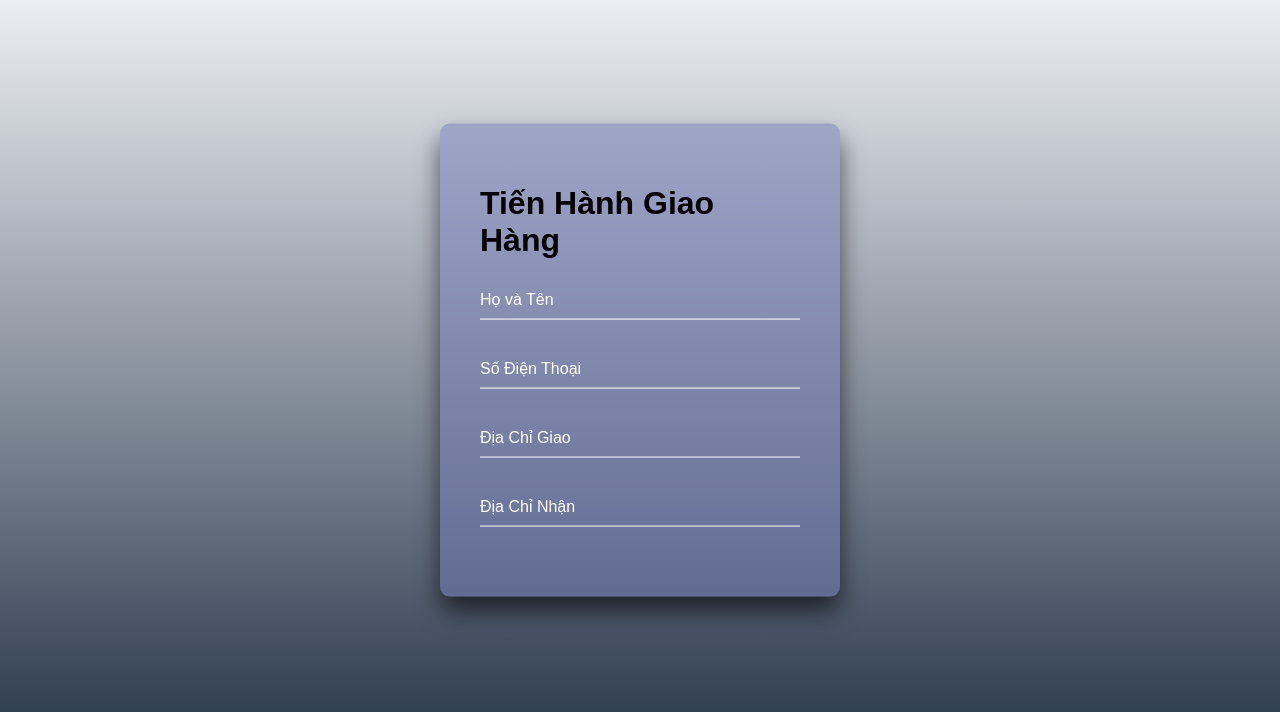
Repository: Pnguyen285/Demo
Page: Giao diện/index.html
These files come from the project's save history. The page is drawn as it stood at one moment and after the next save; the edit follows.
The browser window is 1280 px wide. The pictures show the whole page.

Above is the page before, as saved 2023-07-27 22:01:46.

### Giao diện/index.html
<!DOCTYPE html>
<html lang="en">
<head>
  <meta charset="UTF-8">
  <meta name="viewport" content="width=device-width, initial-scale=1.0">
  <title>Document</title>
  <link rel="stylesheet" type="" href="style.css">
</head>
<body>
  <div class="login-box">
    <h1>Tiến Hành Giao Hàng</h1>
    <form>
      <div class="user-box">
        <input type="text" name="" required="">
        <label>Họ và Tên</label>
      </div>
      <div class="user-box">
        <input type="text" name="" required="">
        <label>Số Điện Thoại</label>
      </div>
      <div class="user-box">
        <input type="text" name="" required="">
        <label>Địa Chỉ Giao</label>
      </div>
      <div class="user-box">
        <input type="text" name="" required="">
        <label>Địa Chỉ Nhận</label>
      </div>

    </form>
  </div>
</body>
</html>

### Giao diện/style.css
html {
  height: 100%;
}
body {
  margin:0;
  padding:0;
  font-family: sans-serif;
  background: linear-gradient(#eceef3, #303e51);
}

.login-box {
  position: absolute;
  top: 50%;
  left: 50%;
  width: 400px;
  padding: 40px;
  transform: translate(-50%, -50%);
  background: rgba(116, 124, 184, 0.5);
  box-sizing: border-box;
  box-shadow: 0 15px 25px rgba(0,0,0,.6);
  border-radius: 10px;
}

.login-box h2 {
  margin: 0 0 30px;
  padding: 0;
  color: #fff;
  text-align: center;
}

.login-box .user-box {
  position: relative;
}

.login-box .user-box input {
  width: 100%;
  padding: 10px 0;
  font-size: 16px;
  color: #0b0909;
  margin-bottom: 30px;
  border: none;
  border-bottom: 1px solid #fff;
  outline: none;
  background: transparent;
}
.login-box .user-box label {
  position: absolute;
  top:0;
  left: 0;
  padding: 10px 0;
  font-size: 16px;
  color: #fff;
  pointer-events: none;
  transition: .5s;
}

.login-box .user-box input:focus ~ label,
.login-box .user-box input:valid ~ label {
  top: -20px;
  left: 0;
  color: #0a0704;
  font-size: 12px;
}

After the next save:
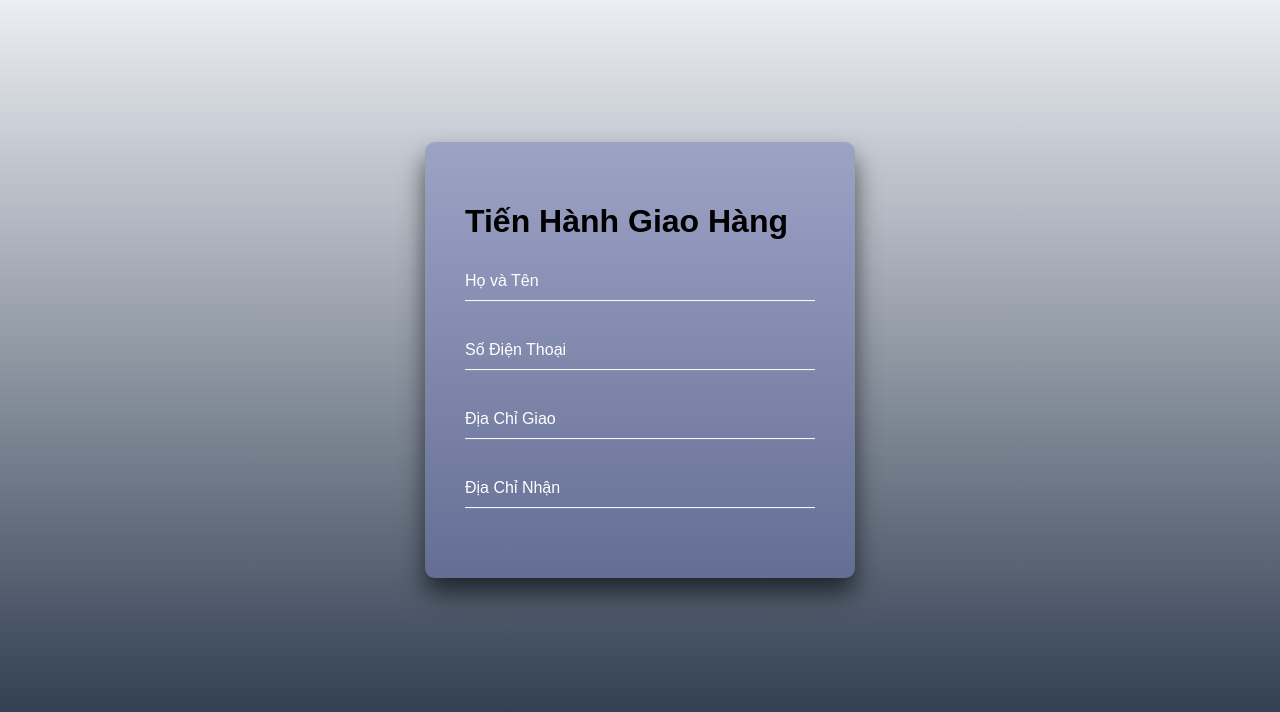
Saved 5 s later.
--- a/Giao diện/style.css
+++ b/Giao diện/style.css
@@ -12,7 +12,7 @@ body {
   position: absolute;
   top: 50%;
   left: 50%;
-  width: 400px;
+  width: 430px;
   padding: 40px;
   transform: translate(-50%, -50%);
   background: rgba(116, 124, 184, 0.5);
